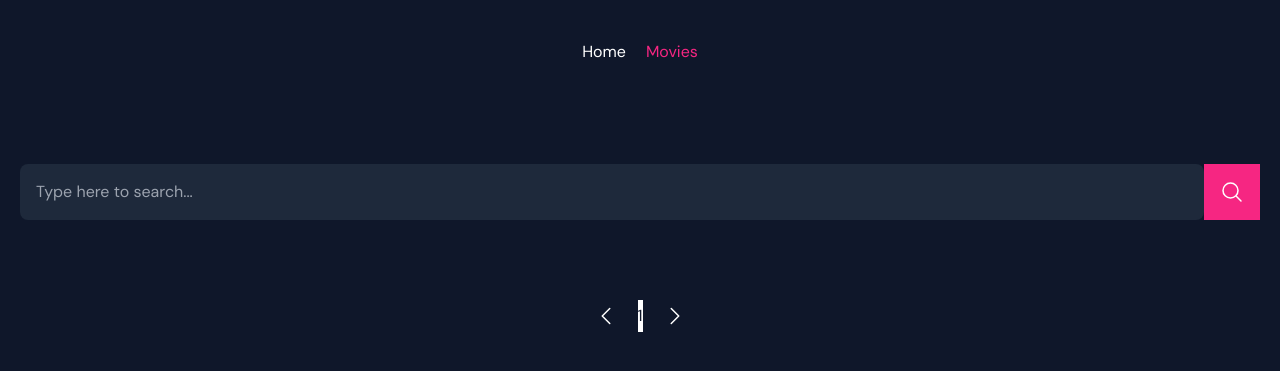
Repository: vophuocthanh/movies
Page: /movies
The author's editor kept a copy of each file at every save. The page is drawn from the files as they stood at one save, then again after the next save.
The browser window is 1280 px wide. The pictures show the whole page.
The page's requests for data from a server got no answer. The project was rebuilt for these pictures with package versions that can differ from the ones it lists, and the page was loaded fresh each time. No one was signed in, and anything a server would have sent is missing. Also part of the build but not shown: src/components/banner/Banner.jsx, src/pages/HomePage.jsx, src/components/movie/MovieCard.jsx, src/pages/MovieDetailsPage.jsx. Imported but missing from the stored project, and not drawn on this page: src/components/movie/MovieList.

Above is the page before, as saved 2022-12-05 21:57:09.

After the next save:
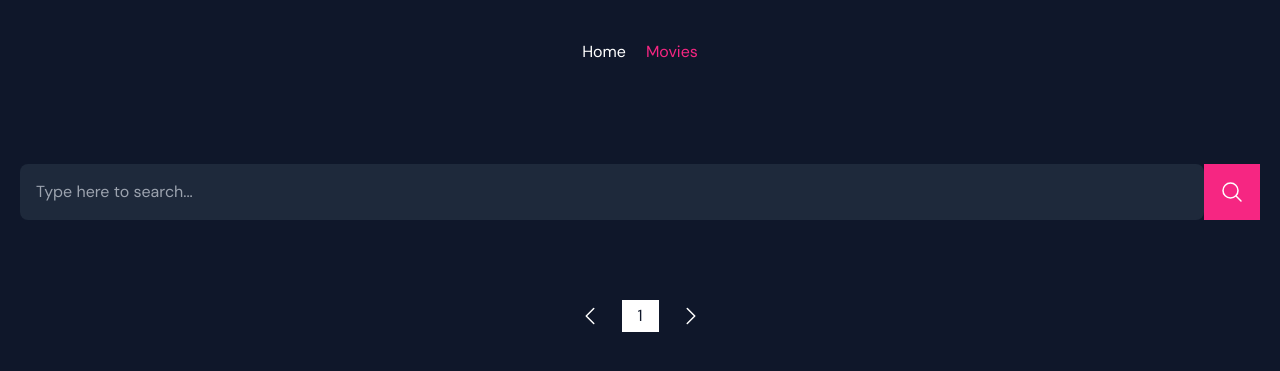
Saved 9 s later.
--- a/src/pages/MoviePage.jsx
+++ b/src/pages/MoviePage.jsx
@@ -85,7 +85,7 @@ const MoviePage = () => {
             />
           </svg>
         </span>
-        <span class="cursor-pointer inline-block py-2 leading-none bg-white text-slate-900">
+        <span class="cursor-pointer inline-block py-2 px-4 leading-none bg-white text-slate-900">
           1
         </span>
         <span>
